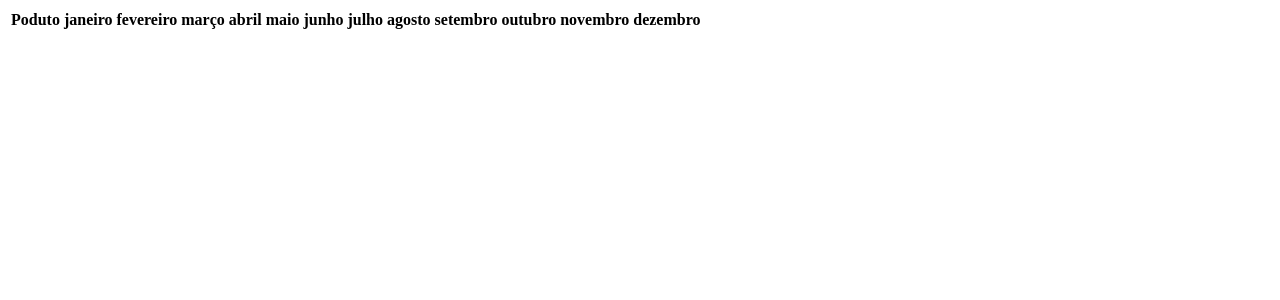
Repository: Lucianorodriguesdev/cursoHTML-CSS
Page: ex023/responsividade-tabela.html
These files come from the project's save history. The page is drawn as it stood at one moment and after the next save; the edit follows.
The browser window is 1280 px wide. The pictures show the whole page.

Above is the page before, as saved 2026-06-24 10:18:50.

### ex023/responsividade-tabela.html
<!DOCTYPE html>
<html lang="pt-br">
<head>
    <meta charset="UTF-8">
    <meta name="viewport" content="width=device-width, initial-scale=1.0">
    <title>Tabela Responsiva</title>
</head>
<body>
    <table>
        <thead>
            <tr>
                <th>Poduto</th>
                <th>janeiro</th>
                <th>fevereiro</th>
                <th>março</th>
                <th>abril</th>
                <th>maio</th>
                <th>junho</th>
                <th>julho</th>
                <th>agosto</th>
                <th>setembro</th>
                <th>outubro</th>
                <th>novembro</th>
                <th>dezembro</th>
            </tr>
        </thead>
        <tbody>

        </tbody>
    </table>

</body>
</html>

After the next save:
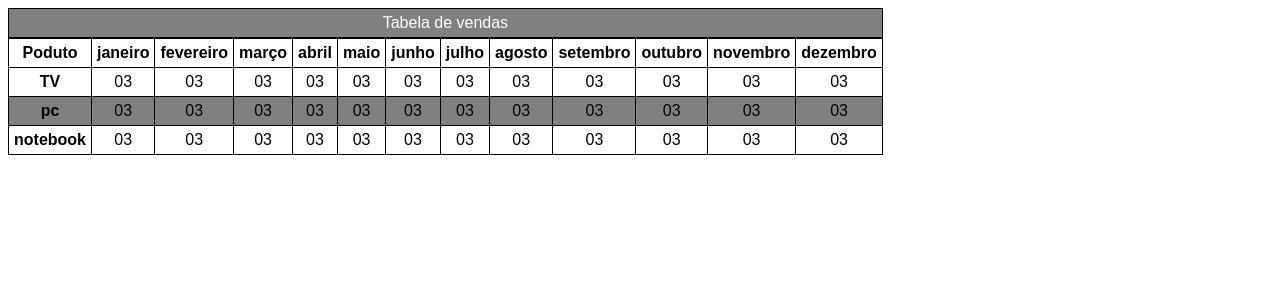
Saved 7 min 47 s later.
--- a/ex023/responsividade-tabela.html
+++ b/ex023/responsividade-tabela.html
@@ -4,9 +4,35 @@
     <meta charset="UTF-8">
     <meta name="viewport" content="width=device-width, initial-scale=1.0">
     <title>Tabela Responsiva</title>
+     <style>
+        body{
+            font-family: Arial, Helvetica, sans-serif;
+        }
+        table{
+            border: 1px solid black;
+            width: 400px;
+            border-collapse: collapse;
+        }
+        td,th{
+            border: 1px solid black;
+            padding: 5px;
+            text-align: center;
+        }
+        tr:nth-child(2n){
+            background-color: gray;
+        }
+        caption{
+             border: 1px solid black;
+            padding: 5px;
+            text-align: center;
+            background-color: gray;
+            color: white;
+        }
+    </style>
 </head>
 <body>
     <table>
+        <caption>Tabela de vendas</caption>
         <thead>
             <tr>
                 <th>Poduto</th>
@@ -23,9 +49,54 @@
                 <th>novembro</th>
                 <th>dezembro</th>
             </tr>
+
         </thead>
         <tbody>
-
+            <tr>
+                <th>TV</th>
+                <td>03</td>
+                <td>03</td>
+                <td>03</td>
+                <td>03</td>
+                <td>03</td>
+                <td>03</td>
+                <td>03</td>
+                <td>03</td>
+                <td>03</td>
+                <td>03</td>
+                <td>03</td>
+                <td>03</td>
+            </tr>
+            <tr>
+               <th>pc</th>
+                <td>03</td>
+                <td>03</td>
+                <td>03</td>
+                <td>03</td>
+                <td>03</td>
+                <td>03</td>
+                <td>03</td>
+                <td>03</td>
+                <td>03</td>
+                <td>03</td>
+                <td>03</td>
+                <td>03</td>
+            </tr>
+            <tr>
+               <th>notebook</th>
+                <td>03</td>
+                <td>03</td>
+                <td>03</td>
+                <td>03</td>
+                <td>03</td>
+                <td>03</td>
+                <td>03</td>
+                <td>03</td>
+                <td>03</td>
+                <td>03</td>
+                <td>03</td>
+                <td>03</td>
+            </tr>
         </tbody>
     </table>
 
